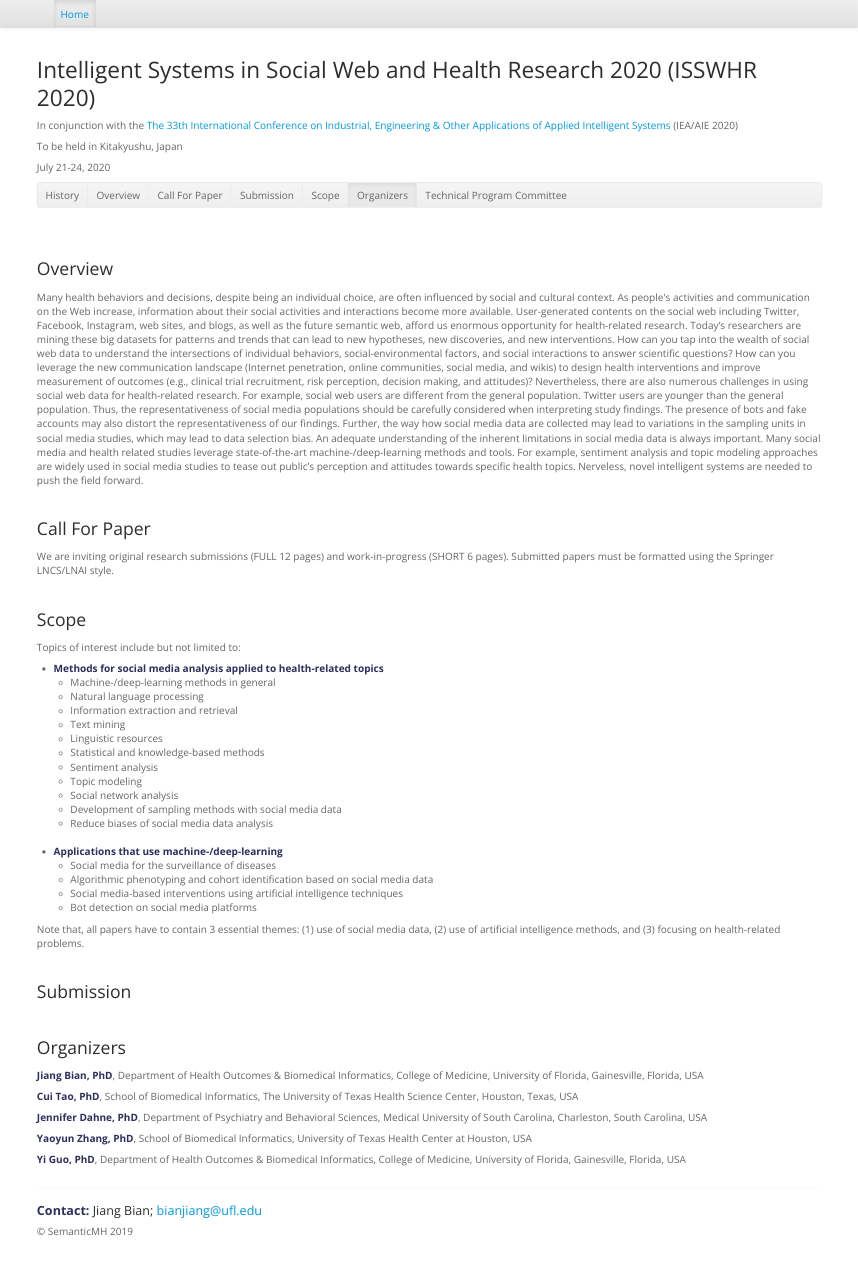
Repository: bianjiang/semantics-powered.org
Page: ISSWHR-2020/index.html
The author's editor kept a copy of each file at every save. The page is drawn from the files as they stood at one save, then again after the next save.
The browser window is 1280 px wide. The pictures show the whole page, at 67% of full size.
Some web libraries are served in a nearby version.

Above is the page before, as saved 2019-10-26 17:06:08.
Console error (its wording comes from the project's code and is left out).

### ISSWHR-2020/index.html
<!DOCTYPE html>
<!--[if lt IE 7]>      <html class="no-js lt-ie9 lt-ie8 lt-ie7"> <![endif]-->
<!--[if IE 7]>         <html class="no-js lt-ie9 lt-ie8"> <![endif]-->
<!--[if IE 8]>         <html class="no-js lt-ie9"> <![endif]-->
<!--[if gt IE 8]><!-->
<html class="no-js">
<!--<![endif]-->

<head>
  <meta charset="utf-8">
  <meta http-equiv="X-UA-Compatible" content="IE=edge,chrome=1">
  <title></title>
  <meta name="description" content="">
  <meta name="viewport" content="width=device-width">

  <link rel="stylesheet" href="css/bootstrap.min.css">
  <style>
    body {
      padding-top: 60px;
      padding-bottom: 40px;
    }
  </style>
  <link rel="stylesheet" href="css/bootstrap-responsive.min.css">
  <link rel="stylesheet" href="css/main.css">

  <script src="js/vendor/modernizr-2.6.2-respond-1.1.0.min.js"></script>
</head>

<body class="preview" id="top" data-spy="scroll" data-target=".subnav" data-offset="80">
  <!--[if lt IE 7]>
            <p class="chromeframe">You are using an <strong>outdated</strong> browser. Please <a href="http://browsehappy.com/">upgrade your browser</a> or <a href="http://www.google.com/chromeframe/?redirect=true">activate Google Chrome Frame</a> to improve your experience.</p>
        <![endif]-->

  <!-- This code is taken from http://twitter.github.com/bootstrap/examples/hero.html -->

  <div class="navbar navbar-fixed-top">
    <div class="navbar-inner">
      <div class="container">

        <a class="btn btn-navbar" data-toggle="collapse" data-target=".nav-collapse">
                        <span class="icon-bar"></span>
                        <span class="icon-bar"></span>
                        <span class="icon-bar"></span>
                    </a>
        <a class="brand" href="#">&nbsp;</a>
        <div class="nav-collapse collapse">
          <ul class="nav">
            <li class="active"><a href="#">Home</a></li>
            <!--
                            <li><a href="#aboutxx">About</a></li>
                            <li><a href="#contact">Contact</a></li>
                            -->
          </ul>
        </div>

      </div>

    </div>
  </div>

  <div class="container">

    <!-- Main hero unit for a primary marketing message or call to action -->
    <!--
            <div class="hero-unit">
                <h1>Hello, world!</h1>
                <p>This is a template for a simple marketing or informational website. It includes a large callout called the hero unit and three supporting pieces of content. Use it as a starting point to create something more unique.</p>
                <p><a class="btn btn-primary btn-large">Learn more &raquo;</a></p>
            </div>
            -->
    <!-- Masthead
================================================== -->
    <header class="jumbotron subhead" id="overview">
      <div class="row">
        <div class="span12">
          <br/>
          <h2>Intelligent Systems in Social Web and Health Research 2020 (ISSWHR 2020)</h2>
          <p>In conjunction with the <a href="https://jsasaki3.wixsite.com/ieaaie2020" target="_blank">The 33th International Conference on Industrial, Engineering & Other Applications of Applied Intelligent Systems</a> (IEA/AIE 2020)</p>
          <p>To be held in Kitakyushu, Japan</p>
          <p>July 21-24, 2020</p>
        </div>
        <div class="span6">
          <!--
      <div class="bsa well">
          <div id="bsap_1277971" class="bsarocks bsap_c466df00a3cd5ee8568b5c4983b6bb19"></div>
      </div>
    -->
        </div>
      </div>
      <div class="subnav">
        <ul class="nav nav-pills">
          <li><a href="#history">History</a></li>
          <li><a href="#overview">Overview</a></li>
          <!-- <li><a href="#audience">Audience</a></li> -->
          <li><a href="#callforpaper">Call For Paper</a></li>
          <li><a href="#submissions">Submission</a></li>
          <!-- <li><a href="#rational">Rational</a></li>
          <li><a href="#workshopstructure">Workshop Structure</a></li> -->
          <!-- <li><a href="#publicity">Publicity</a></li> -->
          <li><a href="#scope">Scope</a></li>
          <li><a href="#organizers">Organizers</a></li>
          <li><a href="#techprogcom">Technical Program Committee</a></li>
        </ul>
      </div>
    </header>

    <!-- <section id="History">
      <div class="row">
        <div class="span12">
          <h3>History</h3>
          <p>The 1st International Workshop on the Semantics of Mental Health (SemanticMH 2018) was successfully organized and hosted in conjunction with the sixth IEEE International Conference on Healthcare Informatics (ICHI 2018) on June 7th, 2018 in New York City, NY, USA.  Overall, we received 7 high quality submissions and we accepted 6 of them.  The accepted papers were published in the IEEE ICHI 2018 workshop proceedings; and we invited the authors of these 6 accepted papers to submit an extended journal version to a special issue (“Special Issue: Semantics of Mental Health”) in the Health Informatics Journal (IF 3.021).
           All authors presented their work in ICHI 2018; and we have invited two keynote speakers (i.e., Drs. Jessie Tenenbaum and Piper Ranallo) from the Mental Health Informatics Working Group (WG) of the American Medical Informatics Association (AMIA) to present a report from the WG titled, “Mental Health Informatics and Knowledge Representation.”  Overall, SemanticsMH 2018 was highly successful and facilitated the exchange of scholar ideas from a group of interdisciplinary researches.
        </p>
        </div>
      </div>
    </section> -->

    <section id="overview">
      <div class="row">
        <div class="span12">
          <h3>Overview</h3>
          <p>Many health behaviors and decisions, despite being an individual choice, are often influenced by social and cultural context.  As people's activities and communication on the Web increase, information about their social activities and interactions become more available.  User-generated contents on the social web including Twitter, Facebook, Instagram, web sites, and blogs, as well as the future semantic web, afford us enormous opportunity for health-related research.  Today’s researchers are mining these big datasets for patterns and trends that can lead to new hypotheses, new discoveries, and new interventions.  How can you tap into the wealth of social web data to understand the intersections of individual behaviors, social-environmental factors, and social interactions to answer scientific questions?  How can you leverage the new communication landscape (Internet penetration, online communities, social media, and wikis) to design health interventions and improve measurement of outcomes (e.g., clinical trial recruitment, risk perception, decision making, and attitudes)?

            Nevertheless, there are also numerous challenges in using social web data for health-related research.  For example, social web users are different from the general population.  Twitter users are younger than the general population.  Thus, the representativeness of social media populations should be carefully considered when interpreting study findings.  The presence of bots and fake accounts may also distort the representativeness of our findings.  Further, the way how social media data are collected may lead to variations in the sampling units in social media studies, which may lead to data selection bias.  An adequate understanding of the inherent limitations in social media data is always important.

            Many social media and health related studies leverage state-of-the-art machine-/deep-learning methods and tools.  For example, sentiment analysis and topic modeling approaches are widely used in social media studies to tease out public’s perception and attitudes towards specific health topics.  Nerveless, novel intelligent systems are needed to push the field forward.
            </p>
        </div>
      </div>
    </section>

    <!-- <section id="audience">
      <div class="row">
        <div class="span12">
          <h3>Audience</h3>
          <p>The goal of this workshop is to bring experts in the field of natural language processing, knowledge representation, knowledge management, and health data analytics to discuss innovative analytical methods, applications, and tools to address problems in mental health.
        </p>
        </div>
      </div>
    </section> -->

    <section id="callforpaper">
      <div class="row">
        <div class="span12">
          <h3>Call For Paper</h3>
          <p>We are inviting original research submissions (FULL 12 pages) and work-in-progress (SHORT 6 pages).  Submitted papers must be formatted using the Springer LNCS/LNAI style.</p>
        </div>
      </div>
    </section>
    <section id="scope">
        <div class="row">
          <div class="span12">
            <h3>Scope</h3>
            <p>Topics of interest include but not limited to:</p>
            <ul>
              <li>
                <b>Methods for social media analysis applied to health-related topics</b>
                <ul>
                  <li>Machine-/deep-learning methods in general</li>
                  <li>Natural language processing</li>
                  <li>Information extraction and retrieval</li>
                  <li>Text mining</li>
                  <li>Linguistic resources</li>
                  <li>Statistical and knowledge-based methods</li>
                  <li>Sentiment analysis</li>
                  <li>Topic modeling</li>
                  <li>Social network analysis</li>
                  <li>Development of sampling methods with social media data</li>
                  <li>Reduce biases of social media data analysis</li>
                </ul>
              </li>
              <br>
              <li>
                <b>Applications that use machine-/deep-learning</b>
                <ul>
                  <li>Social media for the surveillance of diseases</li>
                  <li>Algorithmic phenotyping and cohort identification based on social media data</li>
                  <li>Social media-based interventions using artificial intelligence techniques</li>
                  <li>Bot detection on social media platforms</li>
                </ul>
              </li>
            </ul>
            <p>Note that, all papers have to contain 3 essential themes: (1) use of social media data, (2) use of artificial intelligence methods, and (3) focusing on health-related problems.</p>
          </div>
        </div>
      </section>

    <section id="submissions">
      <div class="row">
        <div class="span12">
          <h3>Submission</h3>
          <!-- <p>Submission Link: <a href="https://easychair.org/conferences?conf=semanticmh2019" target="_blank">https://easychair.org/conferences?conf=semanticmh2019</a></p> -->
        </div>
      </div>
    </section>

    <!-- <section id="rational">
      <div class="row">
        <div class="span12">
          <h3>Rational</h3>
          <p>Our proposed workshop aims to provide an international platform for the researchers and scientists in the mental health communities to demonstrate research progresses, share ideas, address questions, and promote collaborations for better representation and analysis of mental health-related terminologies and clinical and research data.
        </p>
        </div>
      </div>
    </section> -->

    <!-- <section id="workshopstructure">
      <div class="row">
        <div class="span12">
          <h3>Workshop Structure</h3>
          <p>We propose a half-day SemanticMH workshop for this year. We will arrange 3 hours for paper presentations and 1 hour for extensive discussions. Different sessions will be arranged based on the topics of presentations. Depending on the number of papers accepted for presentation, each paper presentation will be restricted to 10-25 minutes for a full-length paper, and 5-15 minutes for a short-length paper. All the papers will be submitted and handled through EasyChair and go through peer reviews by at least two reviewers. After the full papers are accepted, we will work with the Health Informatics editors and reviewers to decide which papers will be formally invited for extension to be included in a thematic series in the Health Informatics journal.
        </p>
        </div>
      </div>
    </section>


    <section id="publicity">
      <div class="row">
        <div class="span12">
          <h3>Publicity</h3>
          <p>Various methods will be used for advertisement, including: (i) posting in email mailing lists and through private emails; (ii) creating a workshop discussion email list address and using it for sharing news and posting, (iii) posting in influential websites, (iv) phone calls to colleagues and friends who may be interested, (v) generating a workshop website dedicated to this event, and inviting potential attendees to visit, and (vi) generating a social networking website in LinkedIn to attract public attention, participation, and discussion. The main difference between the workshop website and the LinkedIn website will be that the workshop website is dedicated for posting the workshop information, and the LinkedIn website is used for social networking.
        </p>
        </div>
      </div>
    </section> -->



    <section id="organizers">
      <div class="row">
        <div class="span12">
          <h3>Organizers</h3>
          <p><b>Jiang Bian, PhD</b>, Department of Health Outcomes & Biomedical Informatics, College of Medicine, University of Florida, Gainesville, Florida, USA</p>
          <p><b>Cui Tao, PhD</b>, School of Biomedical Informatics, The University of Texas Health Science Center, Houston, Texas, USA</p>
          <p><b>Jennifer Dahne, PhD</b>, Department of Psychiatry and Behavioral Sciences, Medical University of South Carolina, Charleston, South Carolina, USA</p>
          <p><b>Yaoyun Zhang, PhD</b>, School of Biomedical Informatics, University of Texas Health Center at Houston, USA</p></p>
          <p><b>Yi Guo, PhD</b>, Department of Health Outcomes & Biomedical Informatics, College of Medicine, University of Florida, Gainesville, Florida, USA</p></p>
        </div>
      </div>
    </section>

    <!-- <section id="techprogcom">
      <div class="row">
        <div class="span12">
          <h3>Technical Program Committee</h3>
          <p>Comming Soon...</p>
        </div>
      </div>
    </section> -->
    <hr>
    <h4><b>Contact:</b> Jiang Bian; <a href="mailto:bianjiang@ufl.edu">bianjiang@ufl.edu</a></h4>
    <footer>
      <p>&copy; SemanticMH 2019</p>
    </footer>

  </div>
  <!-- /container -->

  <script src="//ajax.googleapis.com/ajax/libs/jquery/1.9.1/jquery.min.js"></script>
  <script>
    window.jQuery || document.write('<script src="js/vendor/jquery-1.9.1.min.js"><\/script>')
  </script>

  <script src="js/vendor/bootstrap.min.js"></script>

  <script src="js/plugins.js"></script>
  <script src="js/main.js"></script>
  <script>
      (function (i, s, o, g, r, a, m) {
i['GoogleAnalyticsObject'] = r; i[r] = i[r] || function () {
        (i[r].q = i[r].q || []).push(arguments)
      }, i[r].l = 1 * new Date(); a = s.createElement(o),
        m = s.getElementsByTagName(o)[0]; a.async = 1; a.src = g; m.parentNode.insertBefore(a, m)
      })(window, document, 'script', 'https://www.google-analytics.com/analytics.js', 'ga');

    ga('create', 'UA-50982144-4', 'auto');
    ga('send', 'pageview');
  </script>
</body>

</html>

Loaded but not shown: ISSWHR-2020/css/bootstrap.min.css (library); ISSWHR-2020/css/bootstrap-responsive.min.css (library); ISSWHR-2020/js/vendor/modernizr-2.6.2-respond-1.1.0.min.js (library); ISSWHR-2020/js/vendor/bootstrap.min.js (library); ISSWHR-2020/js/main.js (95 lines, source omitted); ISSWHR-2020/js/plugins.js (24 lines, source omitted); ISSWHR-2020/css/main.css (463 lines, source omitted)

After the next save:
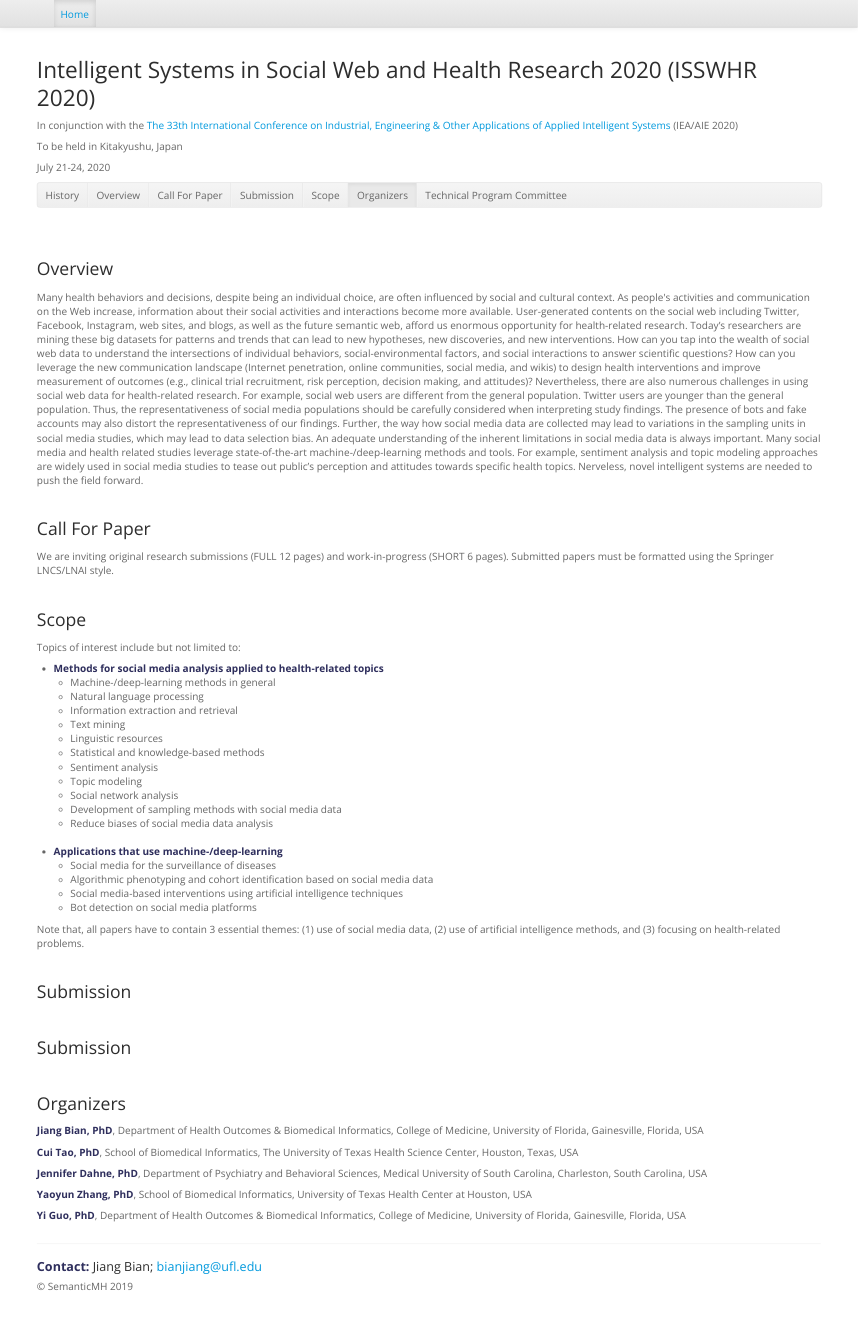
Saved 30 s later.
--- a/ISSWHR-2020/index.html
+++ b/ISSWHR-2020/index.html
@@ -185,6 +185,15 @@
         </div>
       </section>
 
+      <section id="submissions">
+          <div class="row">
+            <div class="span12">
+              <h3>Submission</h3>
+              <!-- <p>Submission Link: <a href="https://easychair.org/conferences?conf=semanticmh2019" target="_blank">https://easychair.org/conferences?conf=semanticmh2019</a></p> -->
+            </div>
+          </div>
+        </section>
+
     <section id="submissions">
       <div class="row">
         <div class="span12">
